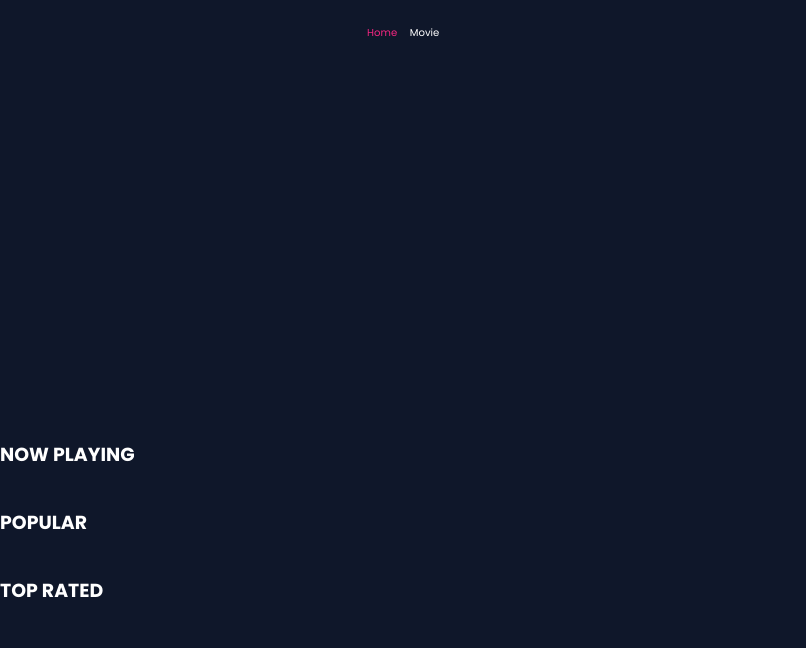
Repository: HoangLong0210/MovieWithTheMovieDb
Page: /
The author's editor kept a copy of each file at every save. The page is drawn from the files as they stood at one save, then again after the next save.
The browser window is 1280 px wide. The pictures show the whole page, at 63% of full size.
The page's requests for data from a server got no answer. The project was rebuilt for these pictures with package versions that can differ from the ones it lists, and the page was loaded fresh each time. No one was signed in, and anything a server would have sent is missing. Also part of the build but not shown: src/components/button/Button.js, src/components/banner/BannerItem.js.

Above is the page before, as saved 2023-04-30 13:44:22.

### public/index.html
<!DOCTYPE html>
<html lang="en">
  <head>
    <meta charset="utf-8" />
    <link rel="icon" href="%PUBLIC_URL%/favicon.ico" />
    <meta name="viewport" content="width=device-width, initial-scale=1" />
    <meta name="theme-color" content="#000000" />
    <meta
      name="description"
      content="Web site created using create-react-app"
    />
    <link rel="apple-touch-icon" href="%PUBLIC_URL%/logo192.png" />
    <!--
      manifest.json provides metadata used when your web app is installed on a
      user's mobile device or desktop. See https://developers.google.com/web/fundamentals/web-app-manifest/
    -->
    <link rel="manifest" href="%PUBLIC_URL%/manifest.json" />
    <link rel="preconnect" href="https://fonts.googleapis.com" />
    <link rel="preconnect" href="https://fonts.gstatic.com" crossorigin />
    <link
      href="https://fonts.googleapis.com/css2?family=Poppins:wght@400;500;700;800;900&display=swap"
      rel="stylesheet"
    />

    <!--
      Notice the use of %PUBLIC_URL% in the tags above.
      It will be replaced with the URL of the `public` folder during the build.
      Only files inside the `public` folder can be referenced from the HTML.

      Unlike "/favicon.ico" or "favicon.ico", "%PUBLIC_URL%/favicon.ico" will
      work correctly both with client-side routing and a non-root public URL.
      Learn how to configure a non-root public URL by running `npm run build`.
    -->
    <title>React App</title>
  </head>
  <body>
    <noscript>You need to enable JavaScript to run this app.</noscript>
    <div id="root"></div>
    <!--
      This HTML file is a template.
      If you open it directly in the browser, you will see an empty page.

      You can add webfonts, meta tags, or analytics to this file.
      The build step will place the bundled scripts into the <body> tag.

      To begin the development, run `npm start` or `yarn start`.
      To create a production bundle, use `npm run build` or `yarn build`.
    -->
  </body>
</html>

### src/index.scss
@tailwind base;
@tailwind components;
@tailwind utilities;

@layer base {
  body {
    @apply bg-slate-900 font-body text-white select-none;
  }
}

@layer components {
  .page-container {
    max-width: 1280px;
    @apply mx-auto;
  }
  .page-container-fluid {
    max-width: 1440px;
    @apply mx-auto;
  }
  .movie-list .swiper-slide {
    width: 300px;
    height: auto;
  }
  .banner .swiper {
    height: 100%;
  }
}

//pagination
.pagination {
  display: flex;
  align-items: center;
  justify-content: center;
  gap: 20px;
  .selected {
    @apply text-primary;
  }
}

//loading skeleton
.skeleton {
  background-color: #eee;
  background-image: linear-gradient(
    110deg,
    #ececec 8%,
    #f5f5f5 18%,
    #ececec 33%
  );
  background-size: 200% 100%;
  animation: 1.5s shine linear infinite;
}
@keyframes shine {
  to {
    background-position-x: -200%;
  }
}

### src/App.js
import { Fragment, lazy, Suspense } from "react";
import Banner from "./components/banner/Banner";
import "swiper/scss";
import { Route, Routes } from "react-router-dom";
import Main from "./components/layout/Main";

const HomePage = lazy(() => import("./pages/HomePage"));
const MoviePage = lazy(() => import("./pages/MoviePage"));
const MovieDetailsPage = lazy(() => import("./pages/MovieDetailsPage"));

function App() {
  return (
    <Fragment>
      <Suspense fallback={<></>}>
        <Routes>
          <Route element={<Main></Main>}>
            <Route
              path="/"
              element={
                <>
                  <Banner></Banner>
                  <HomePage></HomePage>
                </>
              }
            ></Route>
            <Route path="/movie" element={<MoviePage></MoviePage>}></Route>
            <Route
              path="/movie/:movieId"
              element={<MovieDetailsPage></MovieDetailsPage>}
            ></Route>
          </Route>
        </Routes>
      </Suspense>
    </Fragment>
  );
}

export default App;

### src/components/banner/Banner.js
import React from "react";
import { fetcher, tmdbAPI } from "../../config";
import useSWR from "swr";
import { Swiper, SwiperSlide } from "swiper/react";
import BannerItem from "./BannerItem";

const Banner = () => {
  const { data } = useSWR(tmdbAPI.getMovieList("upcoming"), fetcher);
  const movie = data?.results || [];

  return (
    <section className="banner h-[500px] page-container mb-20 overflow-hidden">
      <Swiper grabCursor={true} slidesPerView={"auto"}>
        {movie.length > 0 &&
          movie.map((item) => (
            <SwiperSlide key={item.id}>
              <BannerItem data={item}></BannerItem>
            </SwiperSlide>
          ))}
      </Swiper>
    </section>
  );
};

export default Banner;

### src/components/layout/Main.js
import React, { Fragment } from "react";
import Header from "./Header";
import { Outlet } from "react-router-dom";

const Main = () => {
  return (
    <Fragment>
      <Header></Header>
      <Outlet></Outlet>
    </Fragment>
  );
};

export default Main;

### src/pages/HomePage.js
import React, { Fragment } from "react";
import MovieList from "../components/movie/MovieList";

const HomePage = () => {
  return (
    <Fragment>
      <section className="movie-layout page-container-fluid pb-10 text-white">
        <h2 className="capitalize text-white mb-8 text-3xl font-bold">
          NOW PLAYING
        </h2>
        <MovieList></MovieList>
      </section>
      <section className="movie-layout page-container-fluid pb-10 text-white">
        <h2 className="capitalize text-white mb-8 text-3xl font-bold">
          POPULAR
        </h2>
        <MovieList type="popular"></MovieList>
      </section>
      <section className="movie-layout page-container-fluid pb-10 text-white">
        <h2 className="capitalize text-white mb-8 text-3xl font-bold">
          TOP RATED
        </h2>
        <MovieList type="top_rated"></MovieList>
      </section>
    </Fragment>
  );
};

export default HomePage;

### src/config.js
export const fetcher = (...args) => fetch(...args).then((res) => res.json());
export const apiKey = "a58d8f2dcc2e162008480323ba82d932";
const tmdbMovie = "https://api.themoviedb.org/3/movie";
export const tmdbAPI = {
  getMovieList: (type) => `${tmdbMovie}/${type}?api_key=${apiKey}`,
  getMovieDetails: (movieId) => `${tmdbMovie}/${movieId}?api_key=${apiKey}`,
  getMovieMeta: (movieId, type) =>
    `${tmdbMovie}/${movieId}/${type}?api_key=${apiKey}`,
  imageOriginal: (url) => `https://image.tmdb.org/t/p/original${url}`,
};

### src/components/layout/Header.js
import React from "react";
import { NavLink } from "react-router-dom";

const Header = () => {
  return (
    <header className="header flex items-center justify-center gap-x-5 py-10 text-white mb-5">
      <NavLink
        to="/"
        className={({ isActive }) => (isActive ? "text-primary" : "")}
      >
        Home
      </NavLink>
      <NavLink
        to="/movie"
        className={({ isActive }) => (isActive ? "text-primary" : "")}
      >
        Movie
      </NavLink>
    </header>
  );
};

export default Header;

### src/components/movie/MovieList.js
import React, { useEffect, useState } from "react";
import { Swiper, SwiperSlide } from "swiper/react";
import MovieCard from "./MovieCard";
import useSWR from "swr";
import { fetcher, tmdbAPI } from "../../config";

const MovieList = ({ type = "now_playing" }) => {
  const [movie, setMovie] = useState([]);
  const { data, error } = useSWR(tmdbAPI.getMovieList(type), fetcher);
  const isLoading = !data && !error;
  useEffect(() => {
    if (data && data.results) {
      setMovie(data.results);
    }
  }, [data]);
  return (
    <div className="movie-list">
      {!isLoading && (
        <>
          <Swiper
            grabCursor={true}
            spaceBetween={40}
            slidesPerView={"auto"}
          ></Swiper>
        </>
      )}
      <Swiper grabCursor={true} spaceBetween={40} slidesPerView={"auto"}>
        {movie.length > 0 &&
          movie.map((item) => (
            <SwiperSlide key={item.id}>
              <MovieCard data={item}></MovieCard>
            </SwiperSlide>
          ))}
      </Swiper>
    </div>
  );
};

export default MovieList;

### tailwind.config.js
/** @type {import('tailwindcss').Config} */
module.exports = {
  content: ["./src/**/*.{js,jsx,ts,tsx}"],
  theme: {
    extend: {
      fontFamily: {
        body: ["Poppins", "sans-serif"],
      },
      colors: {
        primary: "#F62682",
        secondary: "#6F5CF1",
      },
    },
  },
  plugins: [],
};

### src/components/movie/MovieCard.js
import React from "react";
import { useNavigate } from "react-router-dom";
import Button from "../button/Button";
import { tmdbAPI } from "../../config";
import LoadingSkeleton from "../loading/LoadingSkeleton";

const MovieCard = ({ data }) => {
  const navigate = useNavigate();
  return (
    <div className="movie-card flex flex-col rounded-lg p-3 bg-slate-800 select-none text-white h-full">
      <img
        src={tmdbAPI.imageOriginal(data.poster_path)}
        alt=""
        className="w-full h-[300px] object-cover rounded-lg mb-5"
      />
      <div className="flex flex-col flex-1">
        <h3 className="text-white text-xl font-bold mb-3">{data.title}</h3>
        <div className="flex items-center justify-between text-sm opacity-50 mb-10">
          <span>{new Date(data.release_date).getFullYear()}</span>
          <span>{data.vote_average}</span>
        </div>
        <Button onClick={() => navigate(`/movie/${data.id}`)}>WATCH NOW</Button>
      </div>
    </div>
  );
};

export default MovieCard;

export const MovieCardSkeleton = () => {
  return (
    <div className="movie-card flex flex-col rounded-lg p-3 bg-slate-800 select-none text-white h-full">
      <LoadingSkeleton
        width="100%"
        height="250px"
        radius="8px"
        className="mb-5"
      ></LoadingSkeleton>
      <div className="flex flex-col flex-1">
        <h3 className="text-white text-xl font-bold mb-3">
          <LoadingSkeleton width="100%" height="20px"></LoadingSkeleton>
        </h3>
        <div className="flex items-center justify-between text-sm opacity-50 mb-10">
          <span>
            {" "}
            <LoadingSkeleton width="50px" height="10px"></LoadingSkeleton>
          </span>
          <span>
            {" "}
            <LoadingSkeleton width="30px" height="10px"></LoadingSkeleton>
          </span>
        </div>
        <LoadingSkeleton width="100%" height="40px"></LoadingSkeleton>
      </div>
    </div>
  );
};

### src/components/loading/LoadingSkeleton.js
import React from "react";

const LoadingSkeleton = (props) => {
  console.log("LoadingSkeleton ~ props:", props);
  return (
    <div
      className={`skeleton ${props.className}`}
      style={{
        height: props.height || "100%",
        width: props.width || "100%",
        borderRadius: props.borderRadius,
      }}
    ></div>
  );
};

export default LoadingSkeleton;

Loaded but not shown: src/index.js (common file); src/reportWebVitals.js (common file)

After the next save:
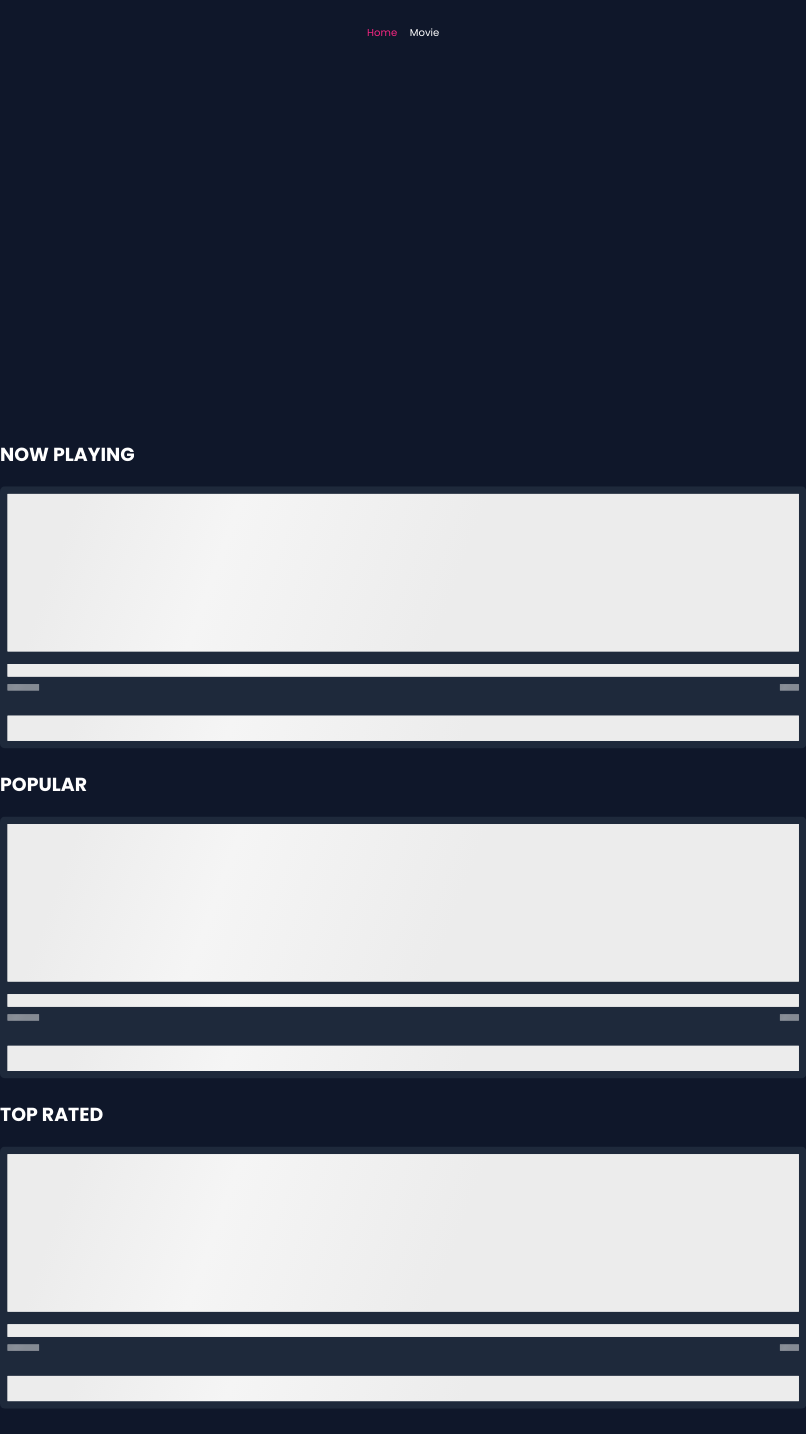
Saved 18 s later.
--- a/src/components/movie/MovieList.js
+++ b/src/components/movie/MovieList.js
@@ -1,6 +1,6 @@
 import React, { useEffect, useState } from "react";
 import { Swiper, SwiperSlide } from "swiper/react";
-import MovieCard from "./MovieCard";
+import MovieCard, { MovieCardSkeleton } from "./MovieCard";
 import useSWR from "swr";
 import { fetcher, tmdbAPI } from "../../config";
 
@@ -17,11 +17,9 @@
     <div className="movie-list">
       {!isLoading && (
         <>
-          <Swiper
-            grabCursor={true}
-            spaceBetween={40}
-            slidesPerView={"auto"}
-          ></Swiper>
+          <Swiper grabCursor={true} spaceBetween={40} slidesPerView={"auto"}>
+            <MovieCardSkeleton></MovieCardSkeleton>
+          </Swiper>
         </>
       )}
       <Swiper grabCursor={true} spaceBetween={40} slidesPerView={"auto"}>
